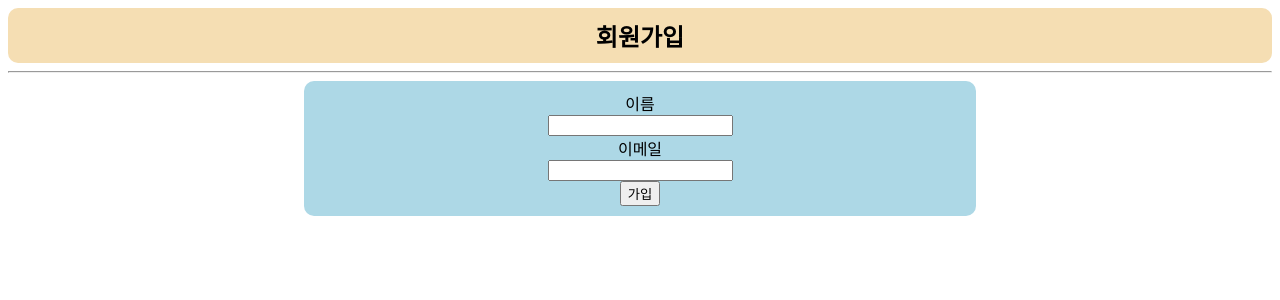
Repository: ineble/demo1
Page: test/src/main/webapp/ch03/regfrom1.html
These files come from the project's save history. The page is drawn as it stood at one moment and after the next save; the edit follows.
The browser window is 1280 px wide. The pictures show the whole page.

Above is the page before, as saved 2022-08-03 01:22:58.

After the next save:
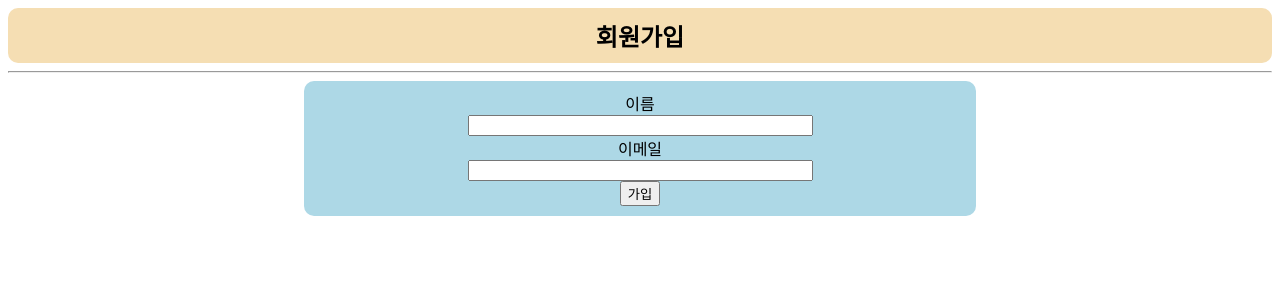
Saved 25 s later.
--- a/test/src/main/webapp/ch03/regfrom1.html
+++ b/test/src/main/webapp/ch03/regfrom1.html
@@ -30,9 +30,9 @@
 	<div id="regform">
 		<form name="form1">
 			<label>이름</label> <br>
-			<input type="text" name="name"> <br>
+			<input type="text" name="name" size="40"> <br>
 			<label>이메일</label> <br>
-			<input type="email" name="email"> <br>
+			<input type="email" name="email" size="40"> <br>
 			<button onclick="join()">가입</button>
 		</form>
 	</div>
